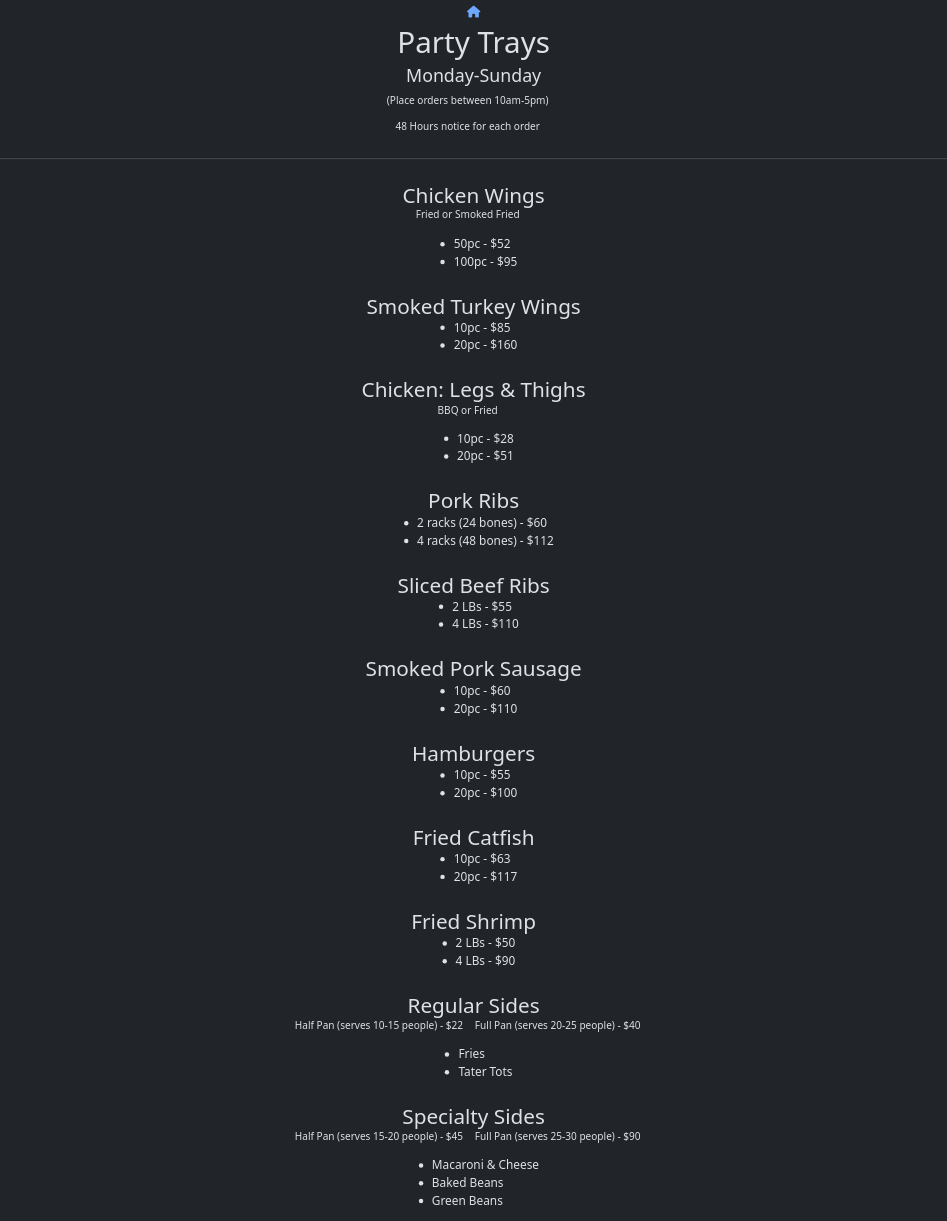
Repository: dukedward/smokehousemenu
Page: trays/index.html
An editor plug-in stored every save of this project. The page is shown before and after the next save, followed by the edit.
The browser window is 1280 px wide. The pictures show the whole page, at 74% of full size.
Some web libraries are served in a nearby version.

Above is the page before, as saved 2023-03-08 23:14:59.

After the next save:
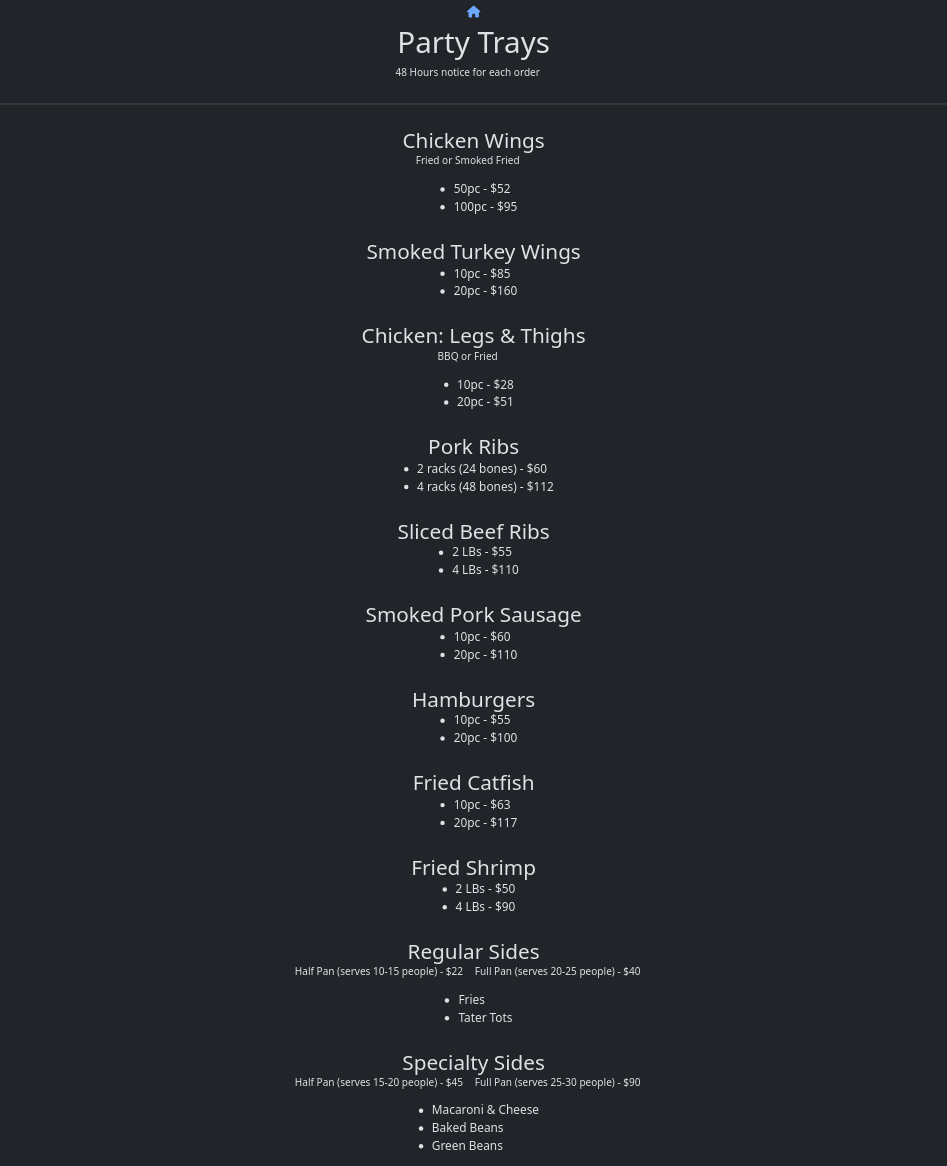
Saved 4 min 40 s later.
--- a/trays/index.html
+++ b/trays/index.html
@@ -16,8 +16,6 @@
             <i class="fa-solid fa-house mt-2 mb-2"></i>
         </a>
         <h1>Party Trays</h1>
-        <h4>Monday-Sunday</h4>
-        <p>(Place orders between 10am-5pm)</p>
         <p>48 Hours notice for each order</p>
     </div>
     <hr>
